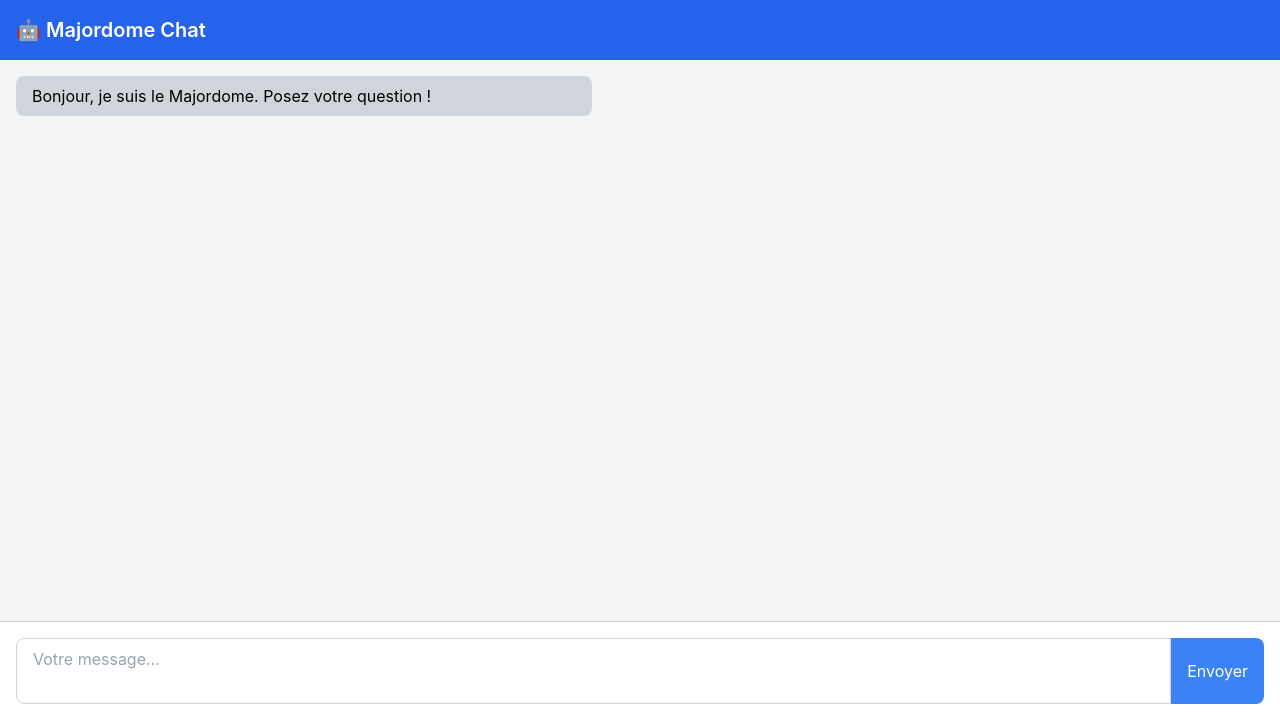
Repository: LeLoustique/majordome-front
Page: /
The author's editor kept a copy of each file at every save. The page is drawn from the files as they stood at one save, then again after the next save.
The browser window is 1280 px wide. The pictures show the whole page.
The project was rebuilt for these pictures with package versions that can differ from the ones it lists, and the page was loaded fresh each time.

Above is the page before, as saved 2025-06-13 14:23:34.

After the next save:
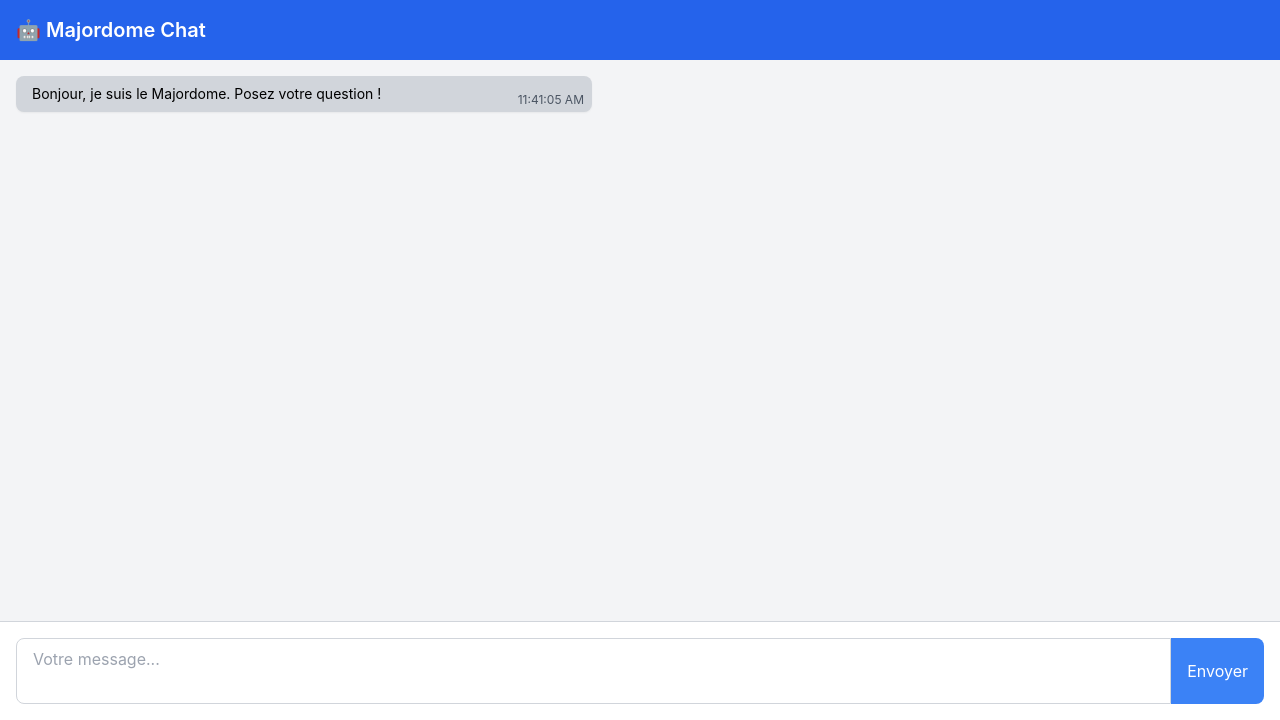
Saved 2 min 5 s later.
--- a/src/App.js
+++ b/src/App.js
@@ -4,25 +4,44 @@ import { sendMessageToChatController } from "./api";
 function App() {
   const [message, setMessage] = useState("");
   const [messages, setMessages] = useState([
-    { from: "bot", text: "Bonjour, je suis le Majordome. Posez votre question !" },
+    {
+      from: "bot",
+      text: "Bonjour, je suis le Majordome. Posez votre question !",
+      time: new Date().toLocaleTimeString(),
+    },
   ]);
   const [loading, setLoading] = useState(false);
 
   const handleSend = async () => {
     if (!message.trim()) return;
 
-    // Affiche le message de l'utilisateur
-    setMessages(prev => [...prev, { from: "user", text: message }]);
+    const now = new Date().toLocaleTimeString();
+
+    setMessages(prev => [
+      ...prev,
+      { from: "user", text: message, time: now },
+    ]);
     setLoading(true);
+    setMessage("");
 
     try {
       const data = await sendMessageToChatController(message);
-      setMessages(prev => [...prev, { from: "user", text: message }, { from: "bot", text: data }]);
+
+      const replyTime = new Date().toLocaleTimeString();
+
+      setMessages(prev => [
+        ...prev,
+        { from: "bot", text: data, time: replyTime },
+      ]);
     } catch (error) {
-      setMessages(prev => [...prev, { from: "bot", text: "Erreur : " + error.message }]);
+      const errorTime = new Date().toLocaleTimeString();
+
+      setMessages(prev => [
+        ...prev,
+        { from: "bot", text: "Erreur : " + error.message, time: errorTime },
+      ]);
     }
 
-    setMessage("");
     setLoading(false);
   };
 
@@ -40,20 +59,31 @@ function App() {
         🤖 Majordome Chat
       </header>
 
-      {/* Messages */}
+      {/* Chat messages */}
       <div className="flex-1 overflow-y-auto p-4 space-y-2">
         {messages.map((msg, idx) => (
           <div
             key={idx}
-            className={`max-w-xl px-4 py-2 rounded-lg ${
+            className={`max-w-xl px-4 py-2 rounded-lg shadow-sm relative text-sm ${
               msg.from === "user"
                 ? "ml-auto bg-blue-500 text-white"
                 : "mr-auto bg-gray-300 text-black"
             }`}
           >
-            {msg.text}
+            <div>{msg.text}</div>
+            <div className="absolute bottom-1 right-2 text-xs text-gray-600">
+              {msg.time}
+            </div>
           </div>
         ))}
+
+        {/* Loader */}
+        {loading && (
+          <div className="mr-auto bg-gray-200 text-gray-700 px-4 py-2 rounded-lg shadow-sm text-sm flex items-center gap-2">
+            <div className="w-4 h-4 border-2 border-blue-400 border-t-transparent rounded-full animate-spin" />
+            Le Majordome réfléchit...
+          </div>
+        )}
       </div>
 
       {/* Input */}
